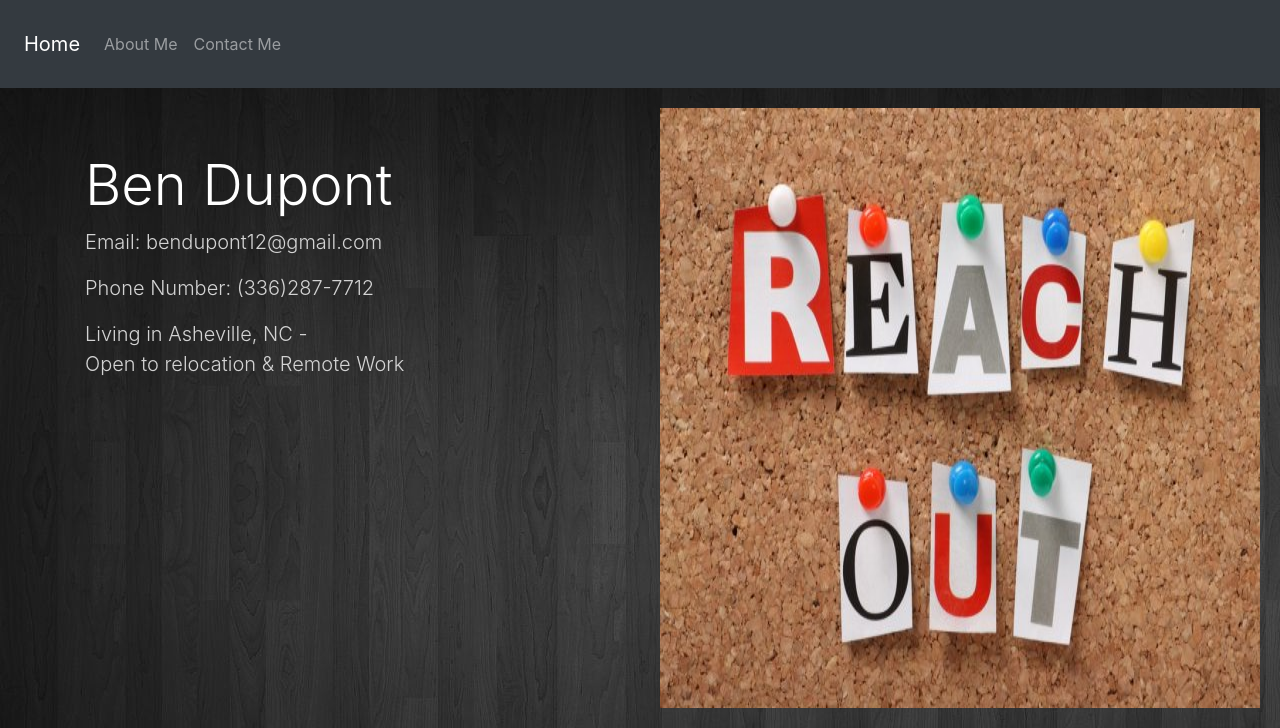
Repository: dupbd/portfolioWebPage
Page: BensSite/src/main/resources/static/contact.html
The author's editor kept a copy of each file at every save. The page is drawn from the files as they stood at one save, then again after the next save.
The browser window is 1280 px wide. The pictures show the whole page.

Above is the page before, as saved 2021-02-07 21:54:10.

### BensSite/src/main/resources/static/contact.html
<!DOCTYPE html>
<html>
<head>
	<title>Ben Dupont</title>
	<link rel="stylesheet" href="style.css">
	<link rel="stylesheet" href="https://cdn.jsdelivr.net/npm/bootstrap@4.5.3/dist/css/bootstrap.min.css" integrity="sha384-TX8t27EcRE3e/ihU7zmQxVncDAy5uIKz4rEkgIXeMed4M0jlfIDPvg6uqKI2xXr2" crossorigin="anonymous">
</head>
<body>

<nav class="navbar navbar-expand-lg navbar-dark bg-dark p-4">
<button class="navbar-toggler" type="button" data-toggle="collapse" data-target="#navbarTogglerDemo03" aria-controls="navbarTogglerDemo03" aria-expanded="false" aria-label="Toggle navigation">
  <span class="navbar-toggler-icon"></span>
</button>
<a class="navbar-brand" href="index.html">Home</a>

<div class="collapse navbar-collapse" id="navbarTogglerDemo03">
<ul class="navbar-nav mr-auto mt-2 mt-lg-0">
  <li class="nav-item">
    <a class="nav-link" href="aboutMe.html">About Me</a>
  </li>
  <li class="nav-item">
  <a class="nav-link" href="contact.html">Contact Me<span class="sr-only">(current)</span></a>
</li>
</ul>
</div>
</nav>

<img class="me" src="reachout.jpg" alt="It's Me" width="600" height="600" style="margin:20px; float:right;">


<div class="jumbotron jumbotron-fluid">
<div class="container">
<h1 class="display-4">Ben Dupont</h1>
<p class="lead">Email: bendupont12@gmail.com</p>
<p class="lead">Phone Number: (336)287-7712</p>
<p class="lead">Living in Asheville, NC - <br>Open to relocation & Remote Work</p>
</div>
</div>



</body>

</html>

### BensSite/src/main/resources/static/style.css
#resume {
	 display: block;
  margin-left: auto;
  margin-right: auto;

}
.card {
	margin-left: 100px;
	margin-top: 0px;
	margin-bottom: 50px;


	}


body {
	background-image: url("background.jpg") !important;
	overflow: auto;
	}

.jumbotron {
	background: none !important;
	margin-bottom: 0px !important;
	}

.lead {
	color: lightgrey;
	}

.display-4 {
	color: white;
	}

.aboutme {
	color: lightgrey;
	margin-left: 15px;
	}

.card-body {
	background-color: lightgrey !important;
	}

After the next save:
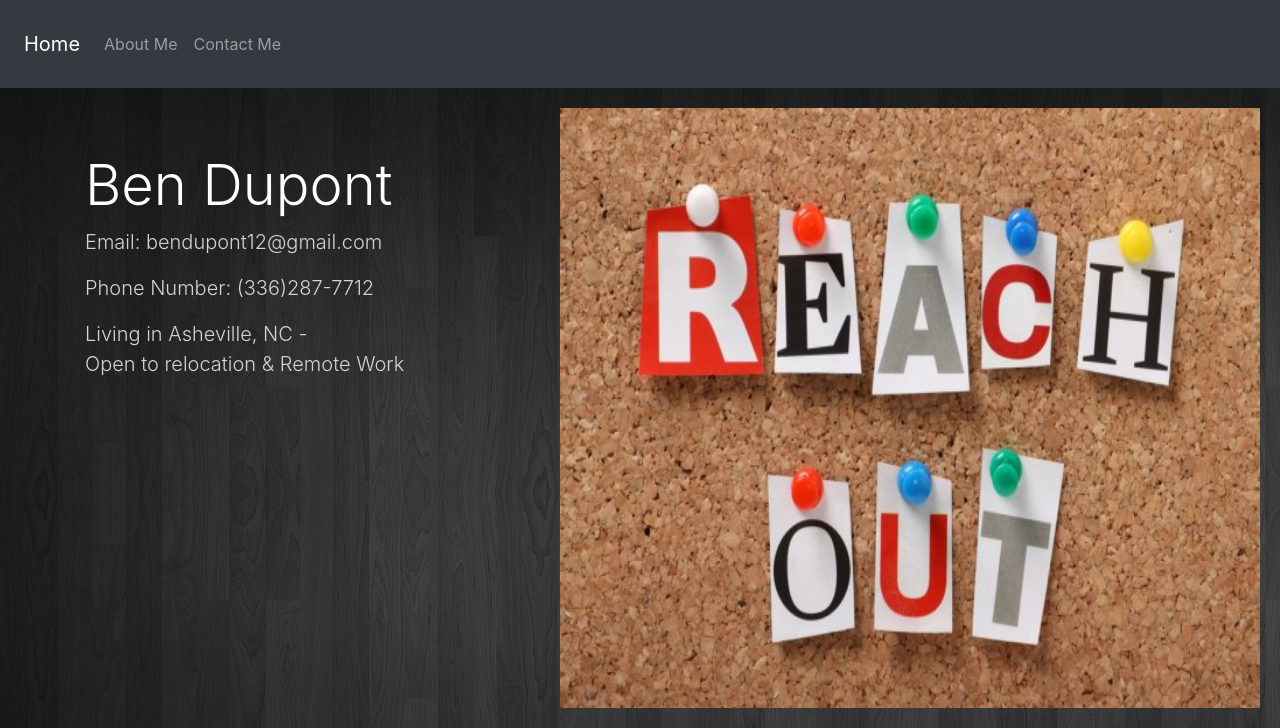
Saved 9 s later.
--- a/BensSite/src/main/resources/static/contact.html
+++ b/BensSite/src/main/resources/static/contact.html
@@ -25,7 +25,7 @@
 </div>
 </nav>
 
-<img class="me" src="reachout.jpg" alt="It's Me" width="600" height="600" style="margin:20px; float:right;">
+<img class="me" src="reachout.jpg" alt="It's Me" width="700" height="600" style="margin:20px; float:right;">
 
 
 <div class="jumbotron jumbotron-fluid">
